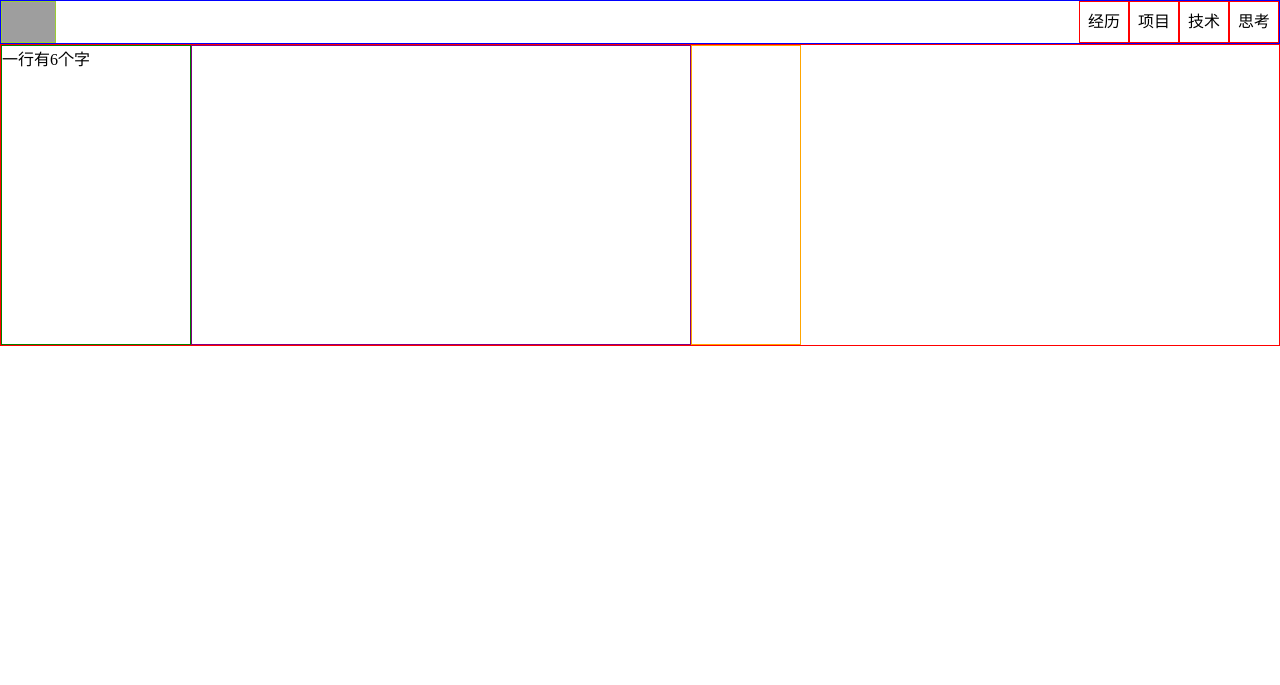
Repository: Lixianlai-2/Css-practice
Page: index.html
These files come from the project's save history. The page is drawn as it stood at one moment and after the next save; the edit follows.
The browser window is 1280 px wide. The pictures show the whole page.
Pictures or frames that could not be fetched are drawn as grey boxes.

Above is the page before, as saved 2021-12-03 10:27:39.

After the next save:
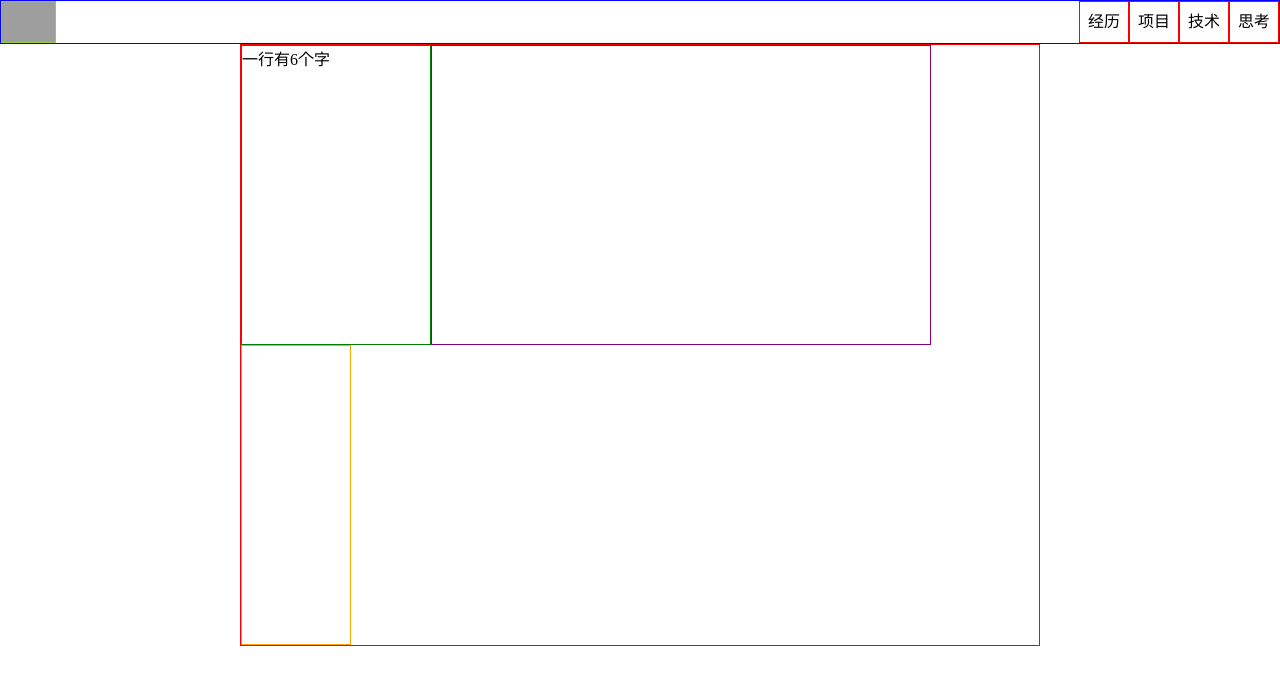
Saved 56 s later.
--- a/style.css
+++ b/style.css
@@ -46,6 +46,8 @@ ul {
 
 .content {
   border: 1px solid red;
+  width: 800px;
+  margin: auto;
 }
 
 .content > aside {
